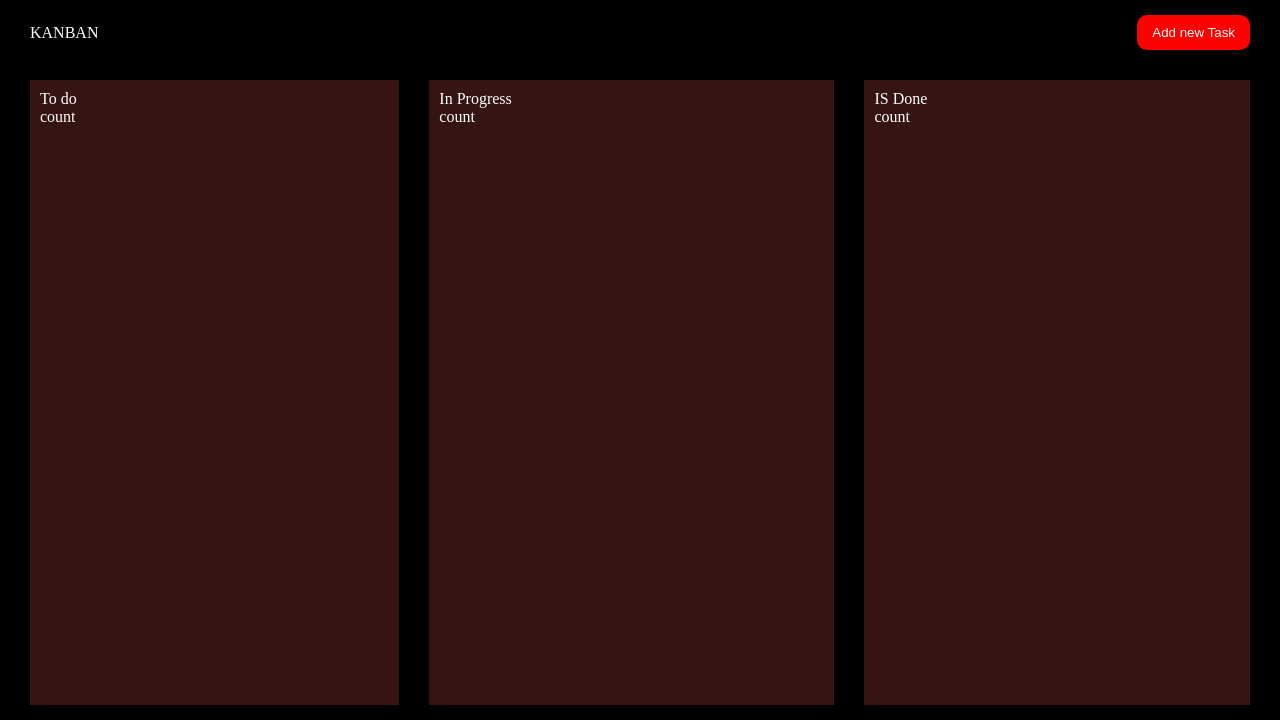
Repository: Sandeepji-5/Kanban-board
Page: index.html
The author's editor kept a copy of each file at every save. The page is drawn from the files as they stood at one save, then again after the next save.
The browser window is 1280 px wide. The pictures show the whole page.

Above is the page before, as saved 2025-12-08 18:27:42.

After the next save:
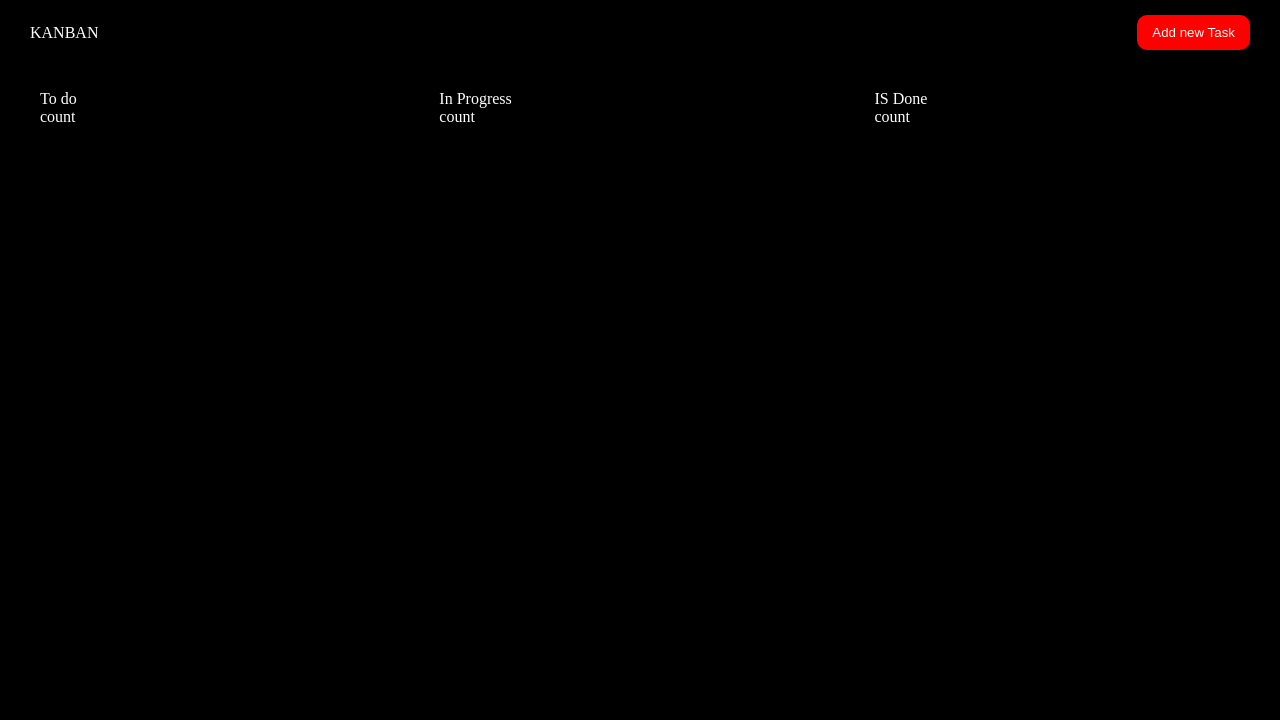
Saved 35 s later.
--- a/style.css
+++ b/style.css
@@ -84,7 +84,7 @@ section{
 }
 section .task-column{
     padding: var(--padding-m);
-    background-color: rgb(55, 20, 20);
+    background-color: var(--bg-button-color);
     flex-grow: 1        ;
 
 }
